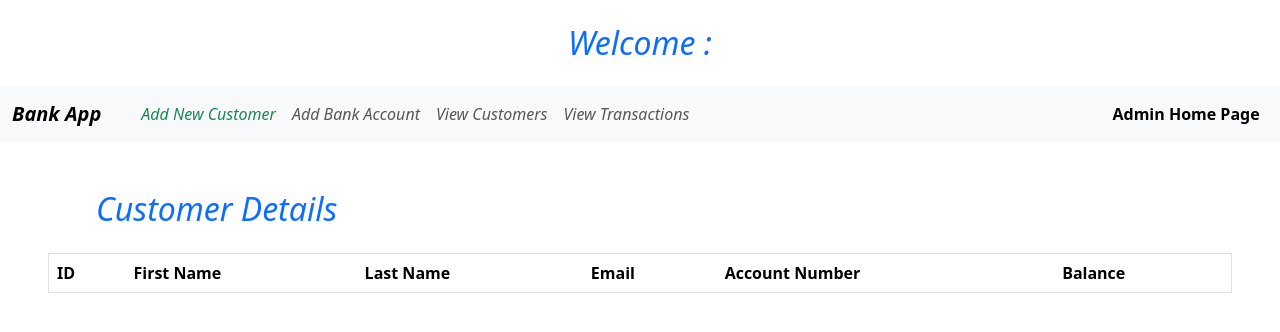
Repository: Niket-mishra/Dummy
Page: http://localhost/demo/user-list.jsp
An editor plug-in stored every save of this project. The page is shown before and after the next save, followed by the edit.
The browser window is 1280 px wide. The pictures show the whole page.
The page is served by Tomcat 9. The template is opened directly, without the code that normally fills it, so the values that code supplies are empty.

Above is the page before, as saved 2024-05-12 06:51:02.

After the next save:
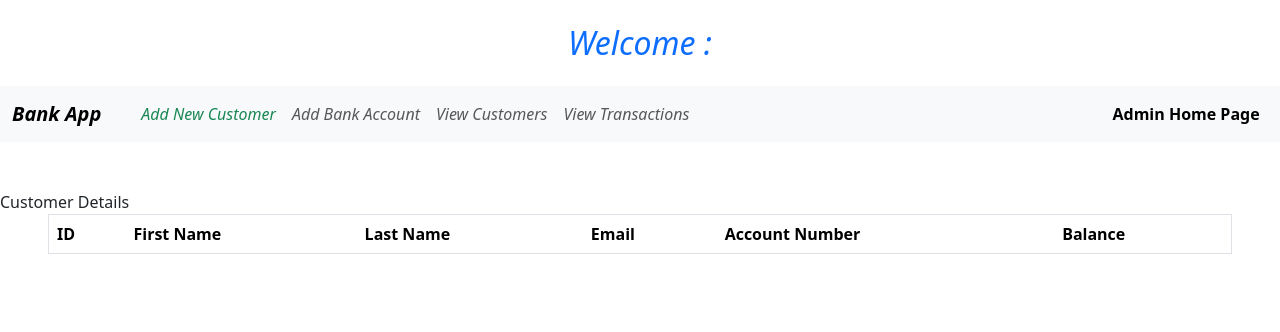
Saved 5 min 3 s later.
--- a/demo/src/main/webapp/user-list.jsp
+++ b/demo/src/main/webapp/user-list.jsp
@@ -39,7 +39,7 @@
 </nav>
 
 
-<div class = " me-5 pe-5">
+<div class = " me-5 pe-5" id="myDiv3'>
 <h2 class ="mb-4 fst-italic text-primary ms-5 ps-5">Customer Details</h2>
                     <table border="1" class="table table-hover ms-5 me-5 ps-5 pe-5 mb-4">
                         <thead>

After the save that followed:
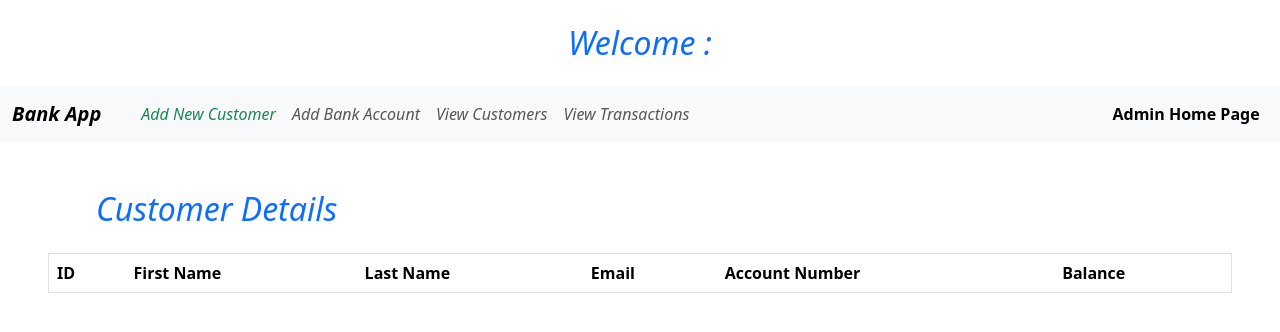
Saved 23 s later.
--- a/demo/src/main/webapp/user-list.jsp
+++ b/demo/src/main/webapp/user-list.jsp
@@ -39,7 +39,7 @@
 </nav>
 
 
-<div class = " me-5 pe-5" id="myDiv3'>
+<div class = " me-5 pe-5" id="myDiv3">
 <h2 class ="mb-4 fst-italic text-primary ms-5 ps-5">Customer Details</h2>
                     <table border="1" class="table table-hover ms-5 me-5 ps-5 pe-5 mb-4">
                         <thead>
